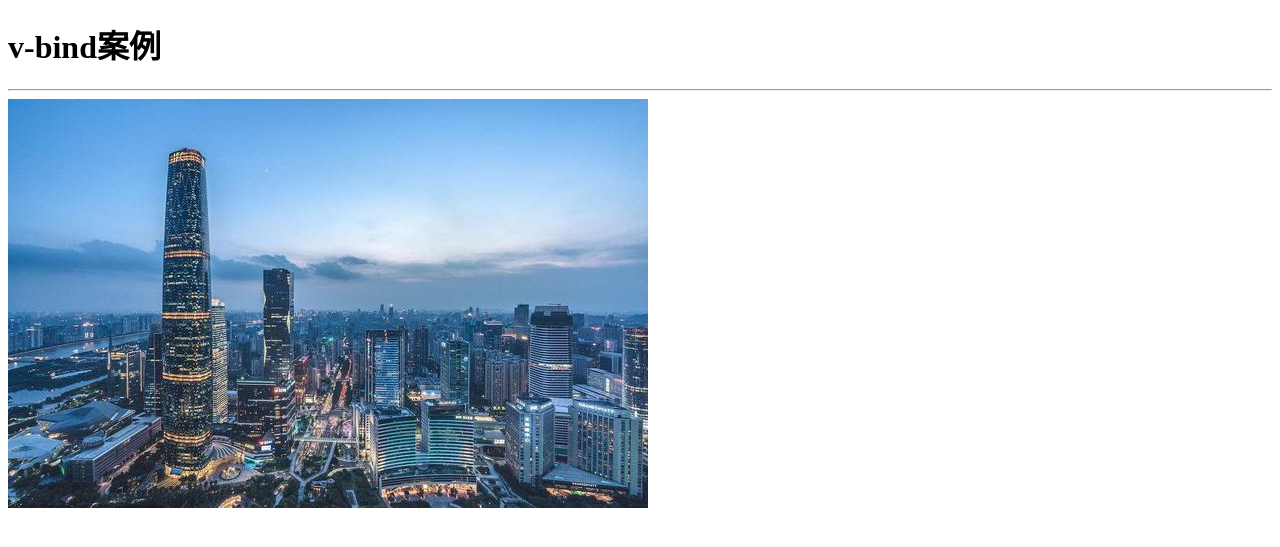
Repository: 13982720426/vue2.0-LearningNotes
Page: example/v-bind.html
An editor plug-in stored every save of this project. The page is shown before and after the next save, followed by the edit.
The browser window is 1280 px wide. The pictures show the whole page.

Above is the page before, as saved 2021-06-24 13:36:25.

### example/v-bind.html
<!DOCTYPE html>
<html lang="en">
  <head>
    <meta charset="UTF-8" />
    <meta http-equiv="X-UA-Compatible" content="IE=edge" />
    <meta name="viewport" content="width=device-width, initial-scale=1.0" />
    <title>v-bind案例</title>
    <script type="text/javascript" src="../assets/js/vue.js"></script>
  </head>
  <body>
    <h1>v-bind案例</h1>
    <hr />
    <div id="app">
      <img src="./1.jpeg" />
    </div>
    <script type="text/javascript">
      var app = new Vue({
        el: '#app',
        data: {
          message: 'Hello World',
        },
      });
    </script>
  </body>
</html>

Loaded but not shown: assets/js/vue.js (library)

After the next save:
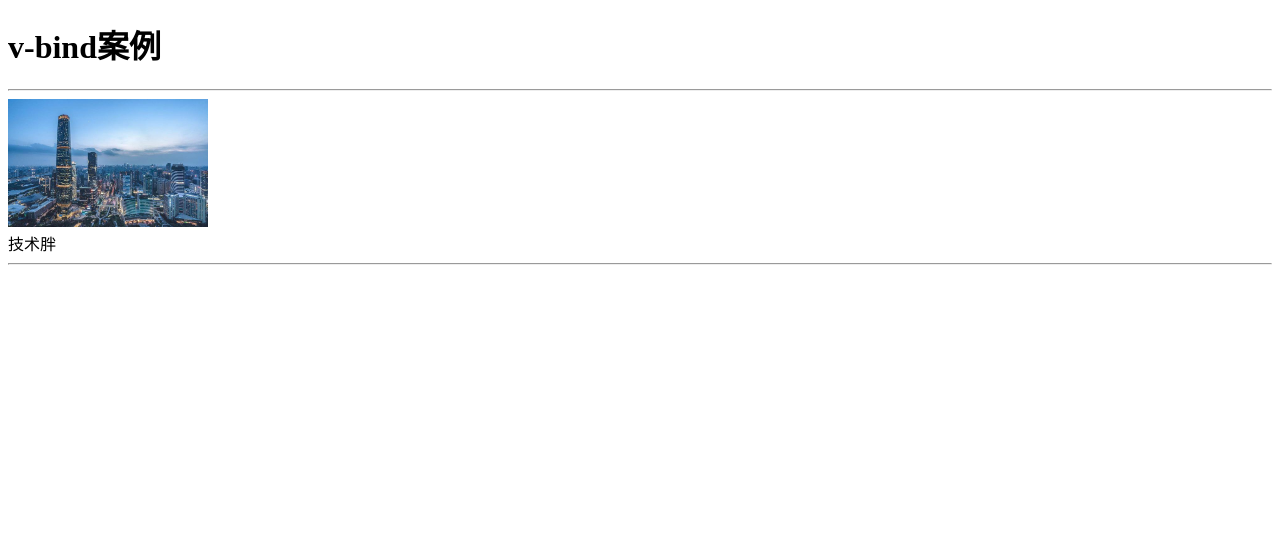
Saved 42 s later.
--- a/example/v-bind.html
+++ b/example/v-bind.html
@@ -11,13 +11,16 @@
     <h1>v-bind案例</h1>
     <hr />
     <div id="app">
-      <img src="./1.jpeg" />
+      <img v-bind:src="imgSrc" width="200px" />
+      <br />
+      <a :href="jspang" target="_blank">技术胖</a>
+      <hr />
     </div>
     <script type="text/javascript">
       var app = new Vue({
         el: '#app',
         data: {
-          message: 'Hello World',
+          imgSrc: './1.jpeg',
         },
       });
     </script>
